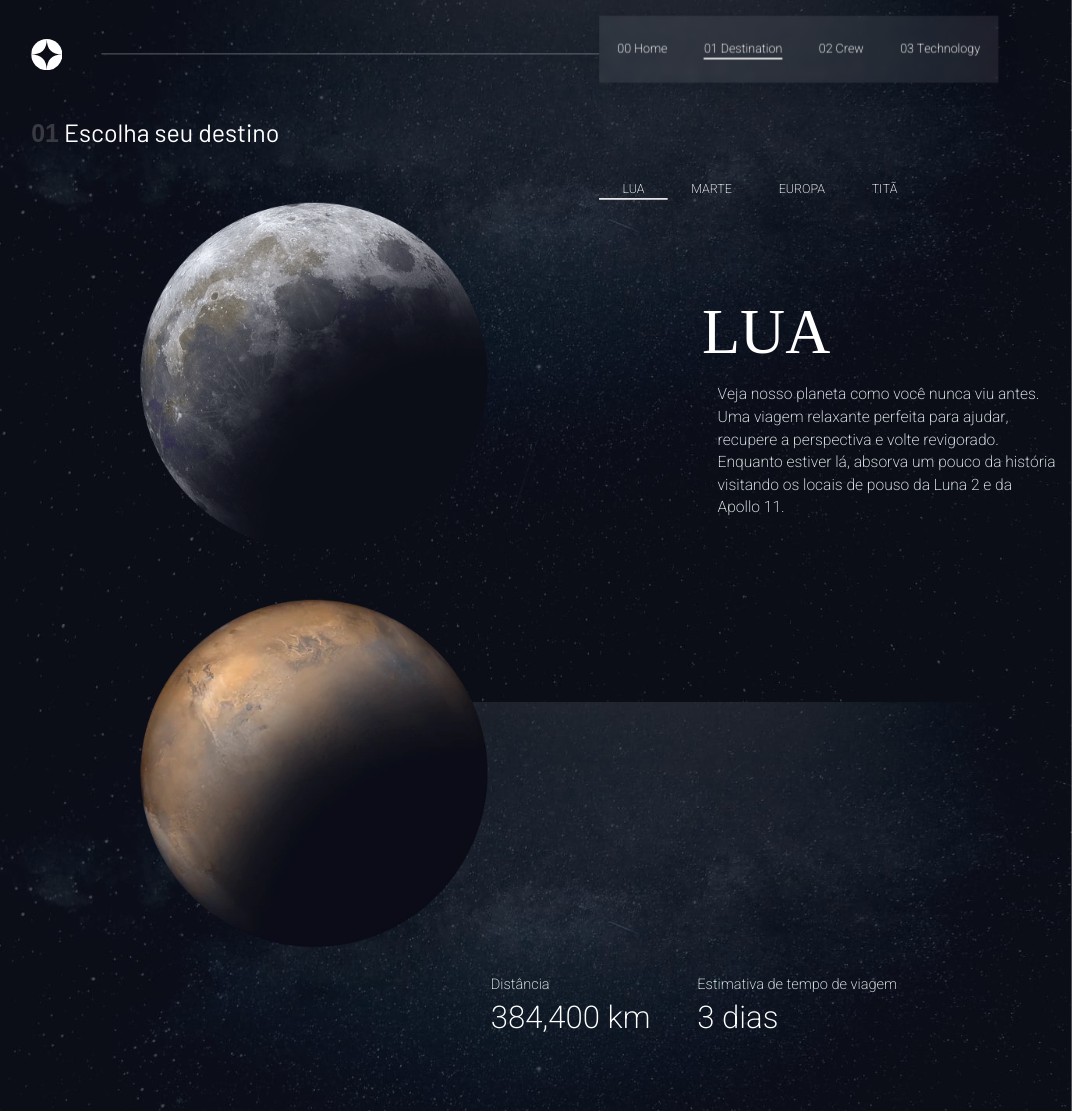
Repository: Leonngc/space-site
Page: space-tourism-website-main/space-tourism-website-main/starter-code/destination-moon.html
An editor plug-in stored every save of this project. The page is shown before and after a run of saves, followed by the edit.
The browser window is 1280 px wide. The page is 1374 px wide, so the pictures cover 1374 px, including what lies to the right of the window. The pictures show the whole page, at 78% of full size.
Some web libraries are served in a nearby version.

Above is the page before, as saved 2023-04-30 01:29:09.

### space-tourism-website-main/space-tourism-website-main/starter-code/destination-moon.html
<!DOCTYPE html>
<html lang="en">
<head>
  <meta charset="UTF-8">
  <meta name="viewport" content="width=device-width, initial-scale=1.0">

  <link rel="icon" type="image/png" sizes="32x32" href="./assets/favicon-32x32.png">
  <link rel='stylesheet' href='https://cdn-uicons.flaticon.com/uicons-bold-rounded/css/uicons-bold-rounded.css'>
  <link rel="stylesheet" href="styles/menu.css">
  <link rel="stylesheet" href="styles/destination.css">
  <script src="script/menu.js" defer></script>
  <title>Frontend Mentor | Space tourism website</title>
</head>
<body>

  <header>
    <img src="assets/shared/logo.svg" alt="" class="logo">

    <div class="line"></div>
    <nav>
      <button class="menu-button"><i class="fi fi-br-menu-burger"></i></button>
      <ul class="menu">
      <li class="item-menu"><a href="#">00 Home</a></li>
      <li class="item-menu page-active"><a href="#">01 Destination</a></li>
      <li class="item-menu"><a href="#">02 Crew</a></li>
      <li class="item-menu"><a href="#">03 Technology</a></li>
      </ul>
    </nav>

  </header>

<main>

    <h1><strong>01</strong> Escolha seu destino</h1>

    <ul class="nav-travel">
      <li class="travel-destiny page-active"><a href="">Lua</a></li>
      <li class="travel-destiny"><a href="">Marte</a></li>
      <li class="travel-destiny"><a href="">Europa</a></li>
      <li class="travel-destiny"><a href="">Titã</a></li>
    </ul>

    <div class="destination-container">
      <img src="assets/destination/image-moon.png" alt="" class="img-desktop">
      <img src="assets/destination/image-mars.webp" alt="" class="image-mobile">

      <div class="destination-info">
        <h2>Lua</h2>
        <p>
          Veja nosso planeta como você nunca viu antes. Uma viagem relaxante perfeita para ajudar,
          recupere a perspectiva e volte revigorado. Enquanto estiver lá, absorva um pouco da história
          visitando os locais de pouso da Luna 2 e da Apollo 11.
        </p>
      </div>
    </div>
   <div class="travel-container">
     <div class="info-travel">
       <h3>Distância</h3>
        <span>384,400 km</span>
     </div>

      <div class="info-travel">
        <h3>Estimativa de tempo de viagem</h3>
        <span>3 dias</span>
      </div>
   </div>

</main>
</body>
</html>

### space-tourism-website-main/space-tourism-website-main/starter-code/styles/menu.css
@import url('https://fonts.googleapis.com/css2?family=Heebo:wght@200&display=swap');

*{
    padding: 0;
    margin: 0;
}

body{
    overflow-x: hidden;
}

header{
    display: flex;
    justify-content: space-between;
}

.menu{
    margin-top: 20px;
    display: flex;
    width: 40vw ;
    height: 12vh;
    position: relative;
    list-style: none;
    background: rgba(255, 255, 255, 0.21);
    background: rgba(255, 255, 255, 0.08);
    box-shadow: 0 4px 30px rgba(0, 0, 0, 0.1);
    backdrop-filter: blur(5px);
    -webkit-backdrop-filter: blur(5px);
}

.item-menu{
    margin: auto;
}

.item-menu a{
    text-decoration: none;
    font-family: 'Heebo', sans-serif;
    color: white;
}


.line{
    background-color:  rgba(255, 255, 255, 0.21);

    height: 2px;
    width: 1110px;
    margin-top: 68px;
    margin-left: 30px;
}

.logo{
    margin-top: 30px;
    margin-left: 20px;
    width: 40px;
    height: 40px;
    padding: 20px;
}

.page-active{
    border-bottom: 2px solid white;
}

ul li > a:hover{
    font-size: 18px;
    transition: 2s;
}

.menu-button{
    display: none;
}



@media screen and (max-width: 990px){
    .line{
        display: none;
    }


    .menu{
        position: absolute;
        right: 0;
        width: 70vw;
        height: 90vh;
        display: flex;
        margin: 0;
        border-top-left-radius: 15px;
        border-bottom-left-radius: 15px;
        transform: translateX(100%);
        transition: transform 0.6s ease-in;
        background: rgba(255, 255, 255, 0.346);
        background: rgba(0, 0, 0, 0.47);
        box-shadow: 0 4px 30px rgba(0, 0, 0, 0.1);
        backdrop-filter: blur(5px);
        -webkit-backdrop-filter: blur(5px);
    }

    ul{
        flex-direction: column;
    }


    .menu li{
       color: white;
       font-size: 18px;
       font-weight: bold;
    }

    .menu-button{
        display: block;
        font-size: 40px;
        color: white;
        background: none;
        border: none;
        padding: 10px;
        margin-top: 40px;
    }

    ul.active{
        transform: translateX(0);
    }
}

### space-tourism-website-main/space-tourism-website-main/starter-code/styles/destination.css
@import url('https://fonts.googleapis.com/css2?family=Barlow&display=swap');
@import url('https://fonts.googleapis.com/css2?family=Heebo:wght@200&display=swap');
/*  font-family: 'Barlow', sans-serif;
    font-family: 'Heebo', sans-serif;
*/

:root{
    --title-font: 'Barlow';
    --paragraph-font: 'Heebo';
}

*{
    padding: 0;
    margin: 0;
}

body{
    max-width: 100vw;
    background-image: url(../assets/destination/background-destination-desktop.jpg);
}

main{
    color: white;
}

h1{
    font-family: var(--title-font);
    padding: 40px;
    font-weight: 100;
}

strong{
    color: #393941;
    font-family: Arial, Helvetica, sans-serif;
}

.nav-travel{
    width: 40vw;
    list-style: none;
    display: flex;
    float: right;
}

.nav-travel a{
    text-decoration: none;
    text-transform: uppercase;
    color: #f0f0f0;
    font-family: var(--paragraph-font);
    padding: 30px;
}

.destination-container{
    margin-left: 30px;
}

.destination-container > img{
    margin-left: 120px;
    padding: 30px;
}


.destination-info{
    width: 37vw;
    position: absolute;
    top: 380px;
    left: 900px;
}

.destination-info h2{
    font-size: 80px;
    font-weight: 200;
    font-family: serif;
    text-transform: uppercase;
}

.destination-info p{
    font-family: var(--paragraph-font);
    font-size: 20px;
    padding: 20px;
    font-weight: lighter;
    text-align: start;
    color: #dbe5e6;
}

.travel-container{
    float: right;
    display: flex;
    padding: 0px;
    flex-wrap: wrap;
    margin-bottom: 90px;
    margin-right: 100px;
}

.info-travel{
    font-family: var(--paragraph-font);
    padding: 0px 30px 0px 30px;
}


.info-travel h3{
    font-weight: lighter;
    color: #dbe5e6;
}

.info-travel > span{
    font-size: 40px;
    font-weight: lighter;
}

@media screen and (max-width: 990px){
    body{
        background-image: url(../assets/destination/background-destination-mobile.jpg);
    }

    main{
        text-align: center;
        width: 80vw;
    }

    .nav-travel{
        width: 10vw;
    }

    .nav-travel{
        float: none;
        margin: auto;
        font-size: 26px;
    }
    .nav-travel li{
        border-bottom: none;
        padding: 10px;
    }

    .nav-travel > .page-active{
        text-decoration: underline;
    }
}

### space-tourism-website-main/space-tourism-website-main/starter-code/script/menu.js
class MobileNavbar{
    constructor(mobileMenu, navList, navLink){
        this.mobileMenu = document.querySelector(mobileMenu);
        this.navList = document.querySelector(navList);
        this.navLink = document.querySelector(navLink);
        this.activeClass = "active";
        this.handleClick = this.handleClick.bind(this)
    }

    handleClick(){
        this.navList.classList.toggle(this.activeClass);
        this.mobileMenu.classList.toggle(this.activeClass)
    }

    addClickEvent(){
        this.mobileMenu.addEventListener("click", this.handleClick);
    }

    init(){
        if(this.mobileMenu){
            this.addClickEvent();
        }
        return this;
    }
}

const mobileNavbar = new MobileNavbar(
    "nav",
    "ul",
    "ul li",
);

mobileNavbar.init()

After the next 4 saves:
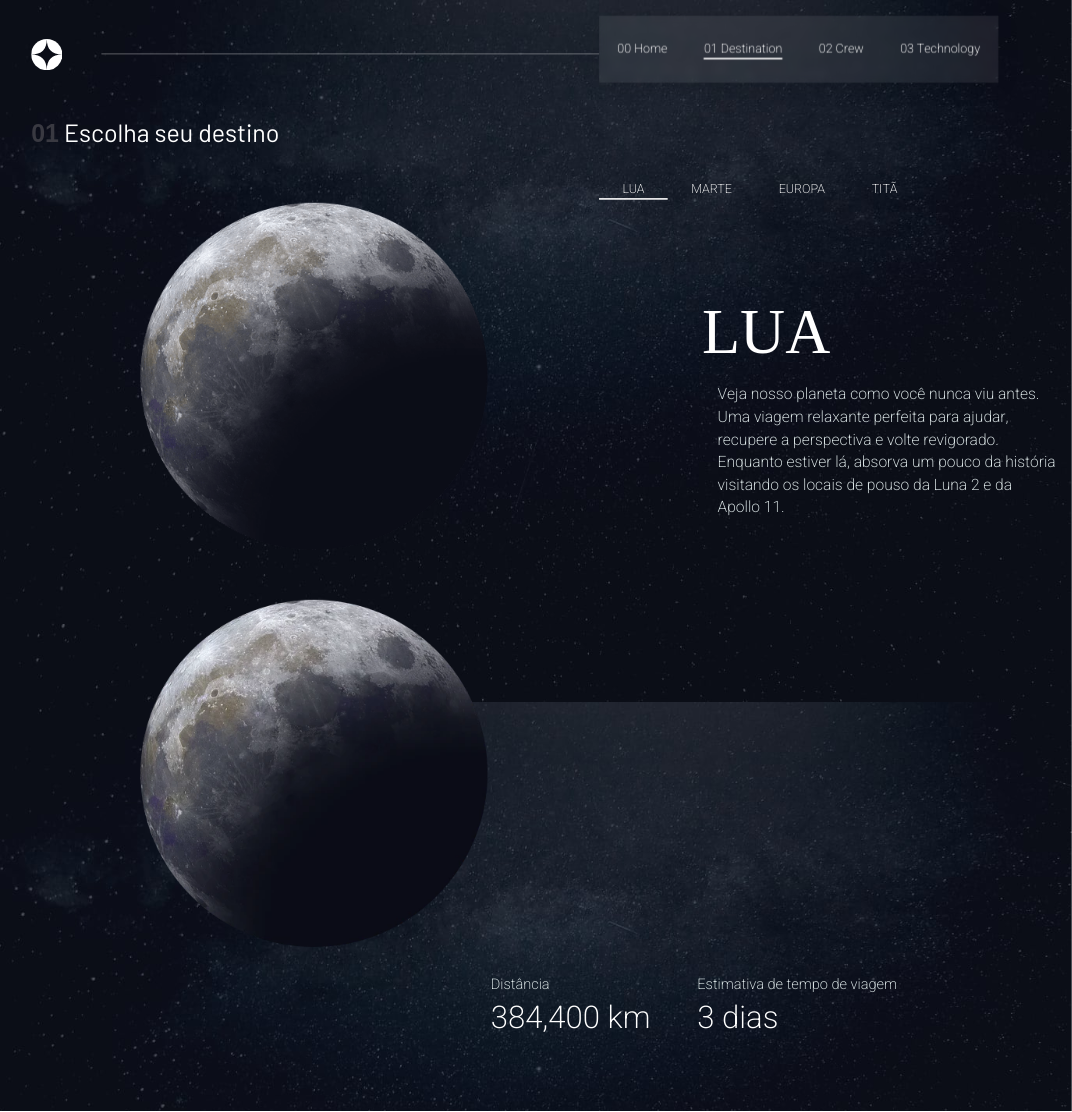
The 4 saves are shown as one change because they came seconds apart.
The last was saved 24 s later.
--- a/space-tourism-website-main/space-tourism-website-main/starter-code/destination-moon.html
+++ b/space-tourism-website-main/space-tourism-website-main/starter-code/destination-moon.html
@@ -42,7 +42,7 @@
 
     <div class="destination-container">
       <img src="assets/destination/image-moon.png" alt="" class="img-desktop">
-      <img src="assets/destination/image-mars.webp" alt="" class="image-mobile">
+      <img src="assets/destination/image-moon.webp" alt="" class="image-mobile">
 
       <div class="destination-info">
         <h2>Lua</h2>
